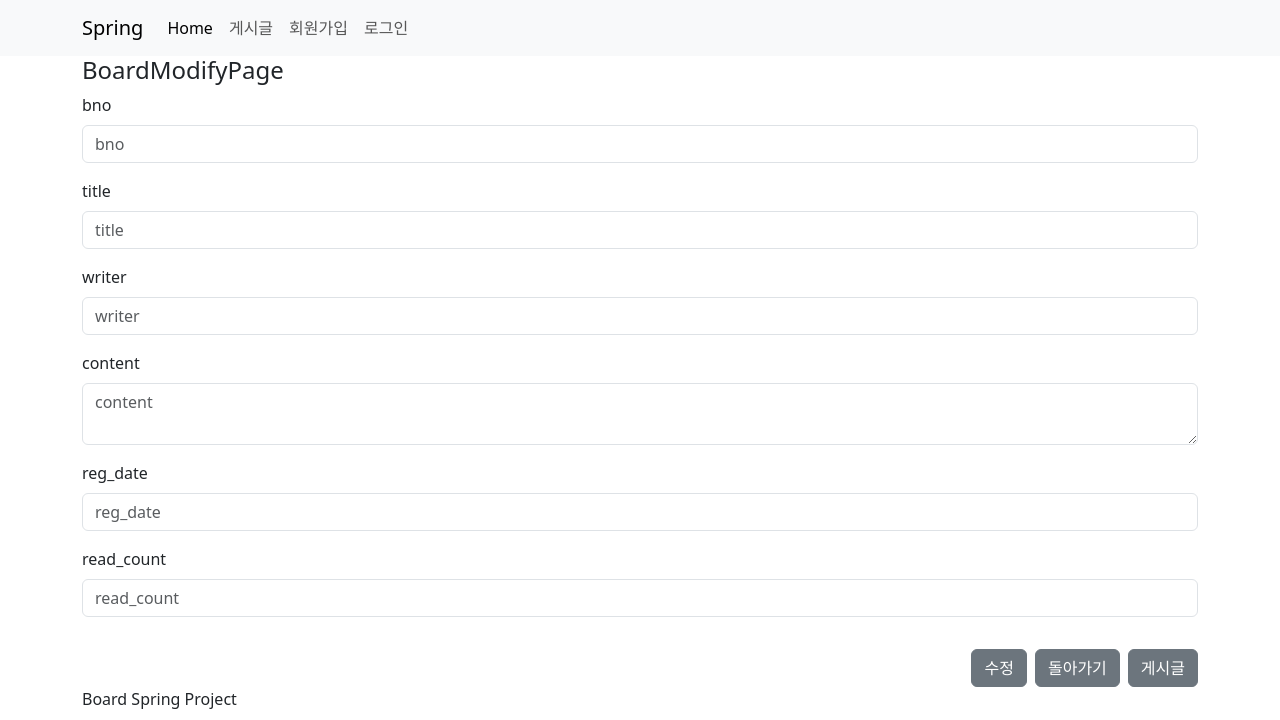
Repository: dasberaht/240430_SPRING_PROJECT
Page: http://localhost/spring_study/WEB-INF/views/board/modify.jsp
An editor plug-in stored every save of this project. The page is shown before and after the next save, followed by the edit.
The browser window is 1280 px wide. The pictures show the whole page.
The page is served by Tomcat 9. Nobody is signed in. The template is opened directly, without the code that normally fills it, so the values that code supplies are empty.

Above is the page before, as saved 2024-04-30 01:33:19.

### spring_study/src/main/webapp/WEB-INF/views/board/modify.jsp
<%@ page language="java" contentType="text/html; charset=UTF-8"
    pageEncoding="UTF-8"%>
<%@ taglib uri="http://java.sun.com/jsp/jstl/core" prefix="c" %>


<jsp:include page="../layout/header.jsp" />
<div class="container-md">
	<h4>BoardModifyPage</h4>

	<c:set value="${bdto.bvo }" var="bvo"></c:set>

	<form action="/board/modify" method="post">
	<div>
		<div class="mb-3">
		  <label for="n" class="form-label">bno</label>
		  <input type="text" class="form-control" name="bno" id="n" placeholder="bno" value="${bvo.bno }" readonly="readonly">
		</div>
		<div class="mb-3">
		  <label for="t" class="form-label">title</label>
		  <input type="text" class="form-control" name="title" id="t" placeholder="title" value="${bvo.title }">
		</div>
		<div class="mb-3">
		  <label for="w" class="form-label">writer</label>
		  <input type="text" class="form-control" name="writer" id="w" placeholder="writer" value="${bvo.writer }" readonly="readonly">
		</div>
		<div class="mb-3">
		  <label for="c" class="form-label">content</label>
		  <textarea class="form-control"  aria-label="With textarea" id="c" name="content" placeholder="content">${bvo.content }</textarea>
		</div>
		<div class="mb-3">
		  <label for="r" class="form-label">reg_date</label>
		  <input type="text" class="form-control" name="reg_date" id="r" placeholder="reg_date" value="${bvo.reg_date }" readonly="readonly">
		</div>
		<div class="mb-3">
		  <label for="rc" class="form-label">read_count</label>
		  <input type="text" class="form-control" name="read_count" id="rc" placeholder="read_count" value="${bvo.read_count }" readonly="readonly">
		</div>

		<!-- 파일 추가 영역 -->




		<!-- upload file 출력 영역 -->
		<c:set value="${bdto.flist }" var="flist" />
		<div class="mb-3">
			<ul class="list-group">
				<!-- 파일 개수만큼 li를 반복하여 파일 표시 > 타입이 1인 경우만 표시 -->
				<!-- li >>> div >>> img >>> div >>> 파일이름, 작성일, span size -->
				<c:forEach items="${flist }" var="fvo">
		  			<li class="list-group-item">
		  				<c:choose>
		  					<c:when test="${fvo.file_type > 0 }">
		  						<div>
		  							<!-- src : /uplaod/는 servlet-context에서 설정한 경로 -->
		  							<!-- ex. 파일명 : 467615d0-d63b-4397-a682-b50a6ea9c77b_testimage.jpg -->
		  							<img alt="No image" src="/upload/${fvo.save_dir }/${fvo.uuid}_th_${fvo.file_name}">
		  						</div>
		  					</c:when>
		  					<c:otherwise>
		  						<div>
		  							<!-- 파일이 없는 경우(파일타입이 0인 경우) : 보통 icon 모양 넣는 것이 보편적 -->

		  						</div>
		  					</c:otherwise>
		  				</c:choose>
		  				<div>
		  					<!-- 파일상세내용 : 파일이름, 작성일, 파일사이즈 -->
		  					<div>${fvo.file_name }</div>
		  					${fvo.reg_date }
		  					<span class="badge text-bg-warning">${fvo.file_size } Byte</span>
		  					<button type="button" data-uuid="${fvo.uuid }" class="btn btn-outline-danger file-x"><strong>X</strong></button>
		  				</div>
		  			</li>
	  			</c:forEach>
			</ul>
		</div>


		<div class="d-grid gap-2 d-md-flex justify-content-md-end">
		<button type="submit" class="btn btn-secondary">수정</button>
		<a href="/board/detail?bno=${bvo.bno }"><button type="button" class="btn btn-secondary">돌아가기</button></a>
		<a href="/board/list"><button type="button" class="btn btn-secondary">게시글</button></a>
		</div>
	</div>
	</form>
</div>



<script type="text/javascript" src="/resources/js/boardModify.js"></script>



<jsp:include page="../layout/footer.jsp" />

### spring_study/src/main/webapp/WEB-INF/views/layout/header.jsp
<%@ page language="java" contentType="text/html; charset=UTF-8"
    pageEncoding="UTF-8"%>
    <%@ taglib uri="http://java.sun.com/jsp/jstl/core" prefix="c" %>
<!DOCTYPE html>
<html>
<head>
<meta charset="UTF-8">
<title>header.jsp</title>
<link href="https://cdn.jsdelivr.net/npm/bootstrap@5.3.3/dist/css/bootstrap.min.css" rel="stylesheet" integrity="sha384-QWTKZyjpPEjISv5WaRU9OFeRpok6YctnYmDr5pNlyT2bRjXh0JMhjY6hW+ALEwIH" crossorigin="anonymous">
<script src="https://cdn.jsdelivr.net/npm/bootstrap@5.3.3/dist/js/bootstrap.bundle.min.js" integrity="sha384-YvpcrYf0tY3lHB60NNkmXc5s9fDVZLESaAA55NDzOxhy9GkcIdslK1eN7N6jIeHz" crossorigin="anonymous"></script>
</head>
<body>
<!-- 부트스트랩 네비게이션 바 참고 -->
<nav class="navbar navbar-expand-lg bg-body-tertiary">
  <!-- <div class="container-fluid"> -->
  <div class="container-md">
    <a class="navbar-brand" href="/">Spring</a>
    <button class="navbar-toggler" type="button" data-bs-toggle="collapse" data-bs-target="#navbarSupportedContent" aria-controls="navbarSupportedContent" aria-expanded="false" aria-label="Toggle navigation">
      <span class="navbar-toggler-icon"></span>
    </button>
    <div class="collapse navbar-collapse" id="navbarSupportedContent">
      <ul class="navbar-nav me-auto mb-2 mb-lg-0">
        <li class="nav-item">
          <a class="nav-link active" aria-current="page" href="/">Home</a>
        </li>
        <li class="nav-item">
          <a class="nav-link" href="/board/list">게시글</a>
        </li>

        <c:if test="${ses.id == null }">
        <li class="nav-item">
          <a class="nav-link" href="/member/register">회원가입</a>
        </li>
        <li class="nav-item">
          <a class="nav-link" href="/member/login">로그인</a>
        </li>
        </c:if>

        <c:if test="${ses.id != null }">
        <li class="nav-item">
          <a class="nav-link" href="/board/register">글쓰기</a>
        </li>
        <li class="nav-item">
          <a class="nav-link" href="/member/modify">${ses.id}(${ses.email })</a>
        </li>
        <li class="nav-item">
          <a class="nav-link" href="/member/logout">로그아웃</a>
        </li>
        </c:if>

      </ul>
    </div>
  </div>
</nav>

### spring_study/src/main/webapp/WEB-INF/views/layout/footer.jsp
<%@ page language="java" contentType="text/html; charset=UTF-8"
    pageEncoding="UTF-8"%>
<!DOCTYPE html>

<title>footer.jsp</title>
	<div class="container-md">
		Board Spring Project ${serverTime }
	</div>

</body>
</html>

### spring_study/src/main/webapp/resources/js/boardModify.js
console.log("boardModify.js in")

document.addEventListener('click', (e)=>{
    if(e.target.classList.contains('file-x')){
        let uuid=e.target.dataset.uuid;
        console.log(uuid);
        removeFileToServer(uuid).then(result=>{
            if(result == 1){
                alert('파일 삭제');
                e.target.closest('li').remove();        // e.target의 'li'를 지우기
            }
        })
    }
})


// 비동기 통신 restful
// post : 데이터 삽입 (insert / update ...  : 데이터를 컨트롤러로 보낼 때 사용)
// get : 조회(생략가능)
// put(patch) : 데이터 수정
// delete : 데이터 삭제

async function removeFileToServer(uuid){
    try {
        const url = "/board/" + uuid;
        const config = {
            method : 'delete'
        }
        const resp = await fetch(url, config);
        const result = resp.text();
        return result;
    } catch (error) {
        console.log(error)
    }
}

After the next save:
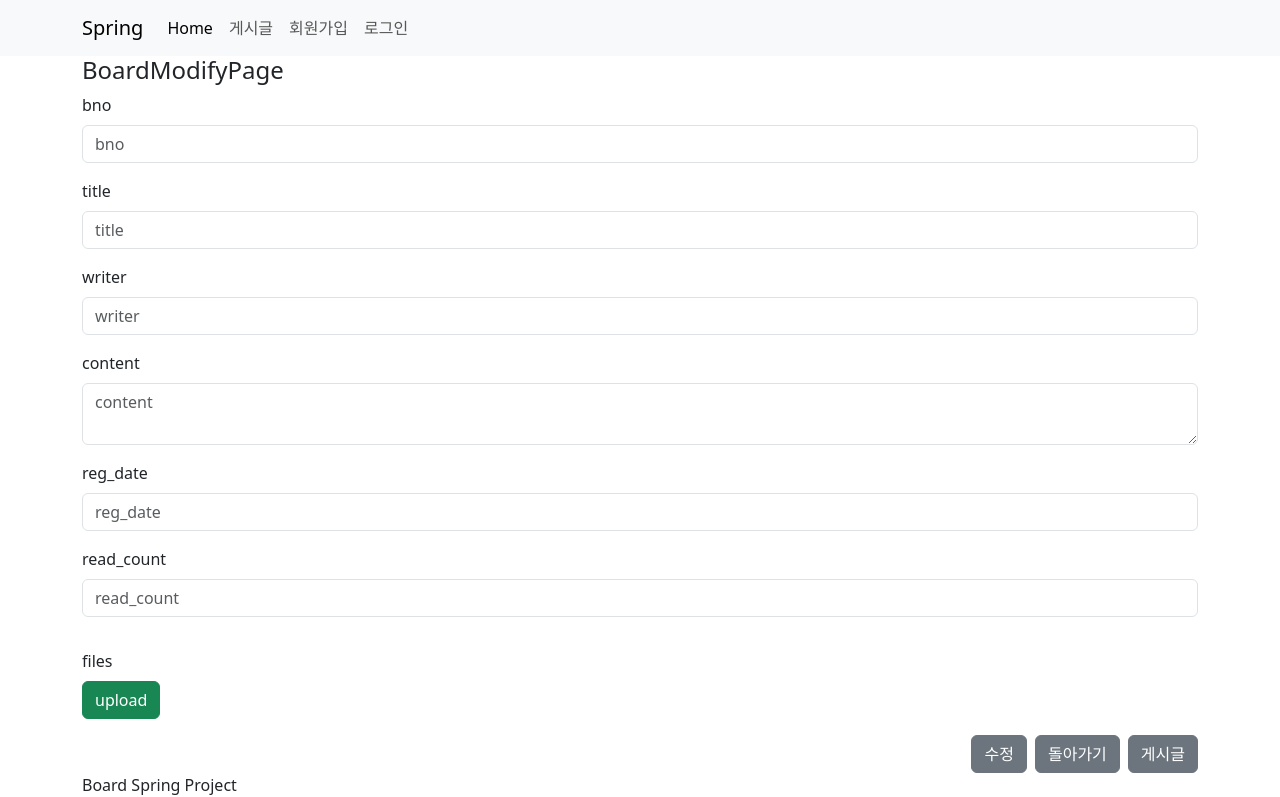
Saved 84 s later.
--- a/spring_study/src/main/webapp/WEB-INF/views/board/modify.jsp
+++ b/spring_study/src/main/webapp/WEB-INF/views/board/modify.jsp
@@ -36,7 +36,10 @@
 		  <input type="text" class="form-control" name="read_count" id="rc" placeholder="read_count" value="${bvo.read_count }" readonly="readonly">
 		</div>
 
-		<!-- 파일 추가 영역 -->
+
+
+
+
 
 
 
@@ -77,6 +80,20 @@
 		</div>
 
 
+				<!-- 파일 추가 영역 -->
+		<div class="mb-3">
+		  <label for="file" class="form-label">files</label>
+		  <input type="file" class="form-control" name="files" id="file" multiple="multiple" style="display: none"><br>
+		  <button type="button" class="btn btn-success" id="trigger">upload</button>
+		</div>
+
+		<!-- file 목록 표시 영역 -->
+		<div class="mb-3" id="fileZone">
+
+		</div>
+
+
+
 		<div class="d-grid gap-2 d-md-flex justify-content-md-end">
 		<button type="submit" class="btn btn-secondary">수정</button>
 		<a href="/board/detail?bno=${bvo.bno }"><button type="button" class="btn btn-secondary">돌아가기</button></a>
